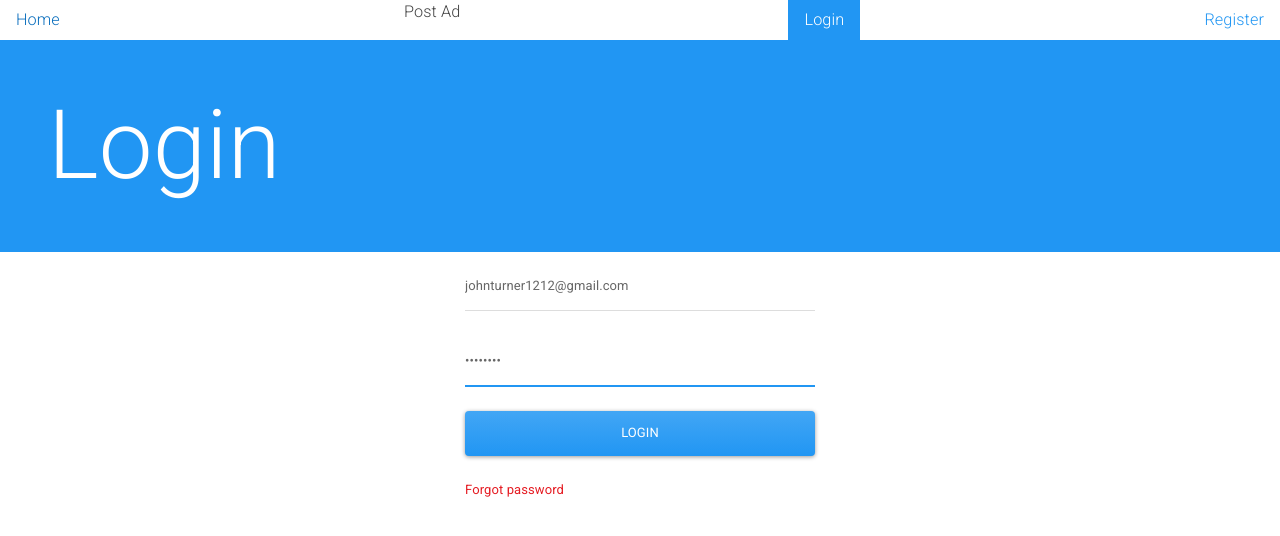
Repository: ymw0331/my-estate-place
Page: /login (app in client/)
These files come from the project's save history. The page is drawn as it stood at one moment and after the next save; the edit follows.
The browser window is 1280 px wide. The pictures show the whole page.
Some web libraries are served in a nearby version. The project was rebuilt for these pictures with package versions that can differ from the ones it lists, and the page was loaded fresh each time. Also part of the build but not shown: client/src/pages/Home.jsx, client/src/pages/Register.jsx, client/src/pages/auth/AccountActivate.js, client/src/pages/auth/ForgotPassword.js, client/src/pages/auth/AccessAccount.js, client/src/components/nav/Sidebar.jsx, client/src/pages/user/Dashboard.jsx, client/src/pages/user/ad/AdCreate.jsx and 1 more.

Above is the page before, as saved 2023-04-19 17:13:43.

After the next save:
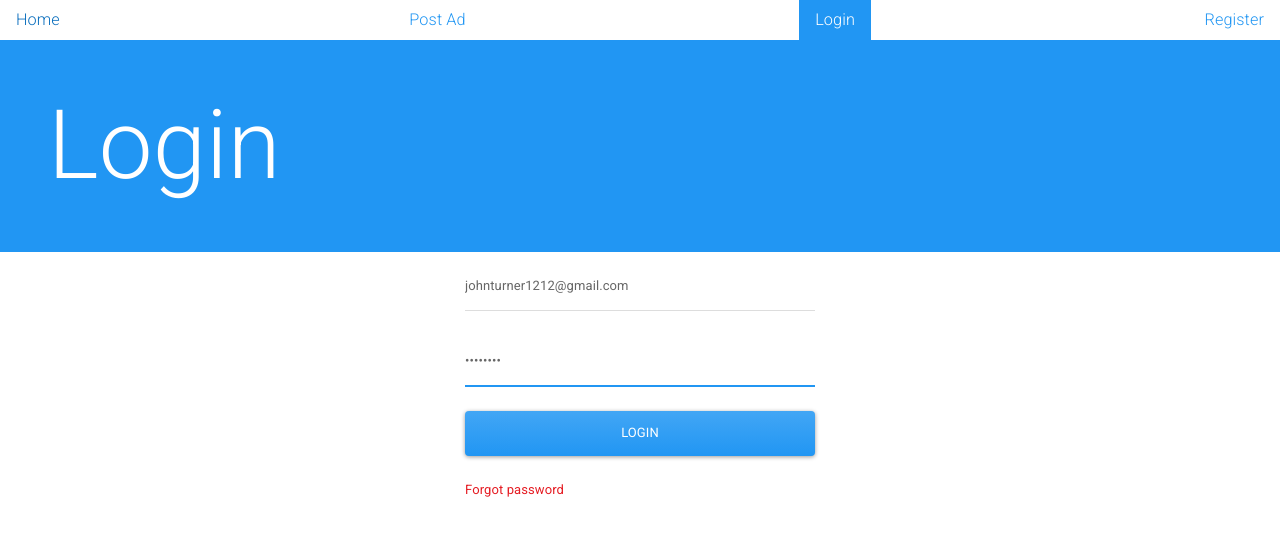
Saved 13 s later.
--- a/client/src/components/nav/Main.jsx
+++ b/client/src/components/nav/Main.jsx
@@ -34,7 +34,7 @@ export default function Main() {
 
             <NavLink className="nav-link" aria-current="page" to="/">Home</NavLink>
 
-            <a onClick={handlePostAdClick}>Post Ad</a>
+            <a className="nav-link" onClick={handlePostAdClick}>Post Ad</a>
 
             {!loggedIn ?
                 (
